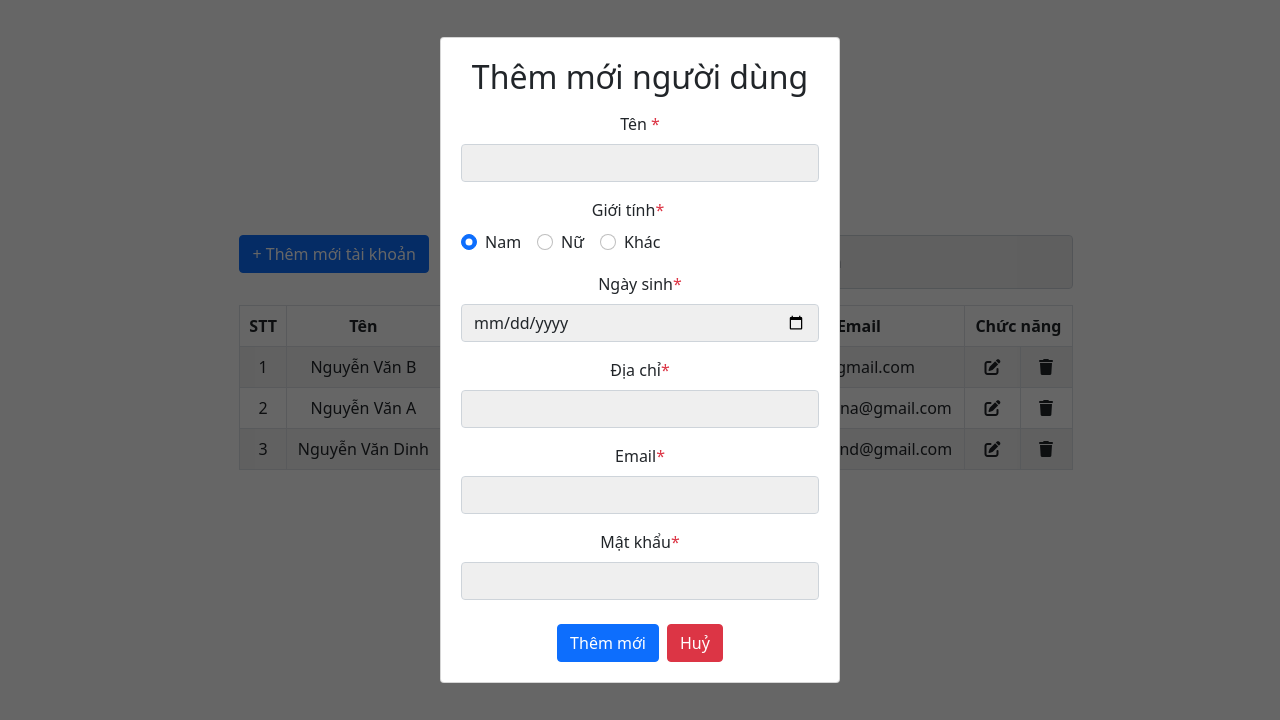
Repository: TinhTT336/MD02_Session12
Page: / (app in client/), after clicking the first element matching `button.btn`
An editor plug-in stored every save of this project. The page is shown before and after the next save, followed by the edit.
The browser window is 1280 px wide. The pictures show the whole page.
The project was rebuilt for these pictures with package versions that can differ from the ones it lists, and the page was loaded fresh each time. Requests to the local data server were answered from the project's data file. Also part of the build but not shown: client/vite.config.js, client/src/components/admin/manager-product/FormAdd.jsx, client/src/components/admin/manager-product/FormEdit.jsx, client/src/pages/product/ListProduct.jsx, client/src/components/admin/manager-user/FormEditUser.jsx.

Above is the page before, as saved 2023-09-12 10:13:48.

After the next save:
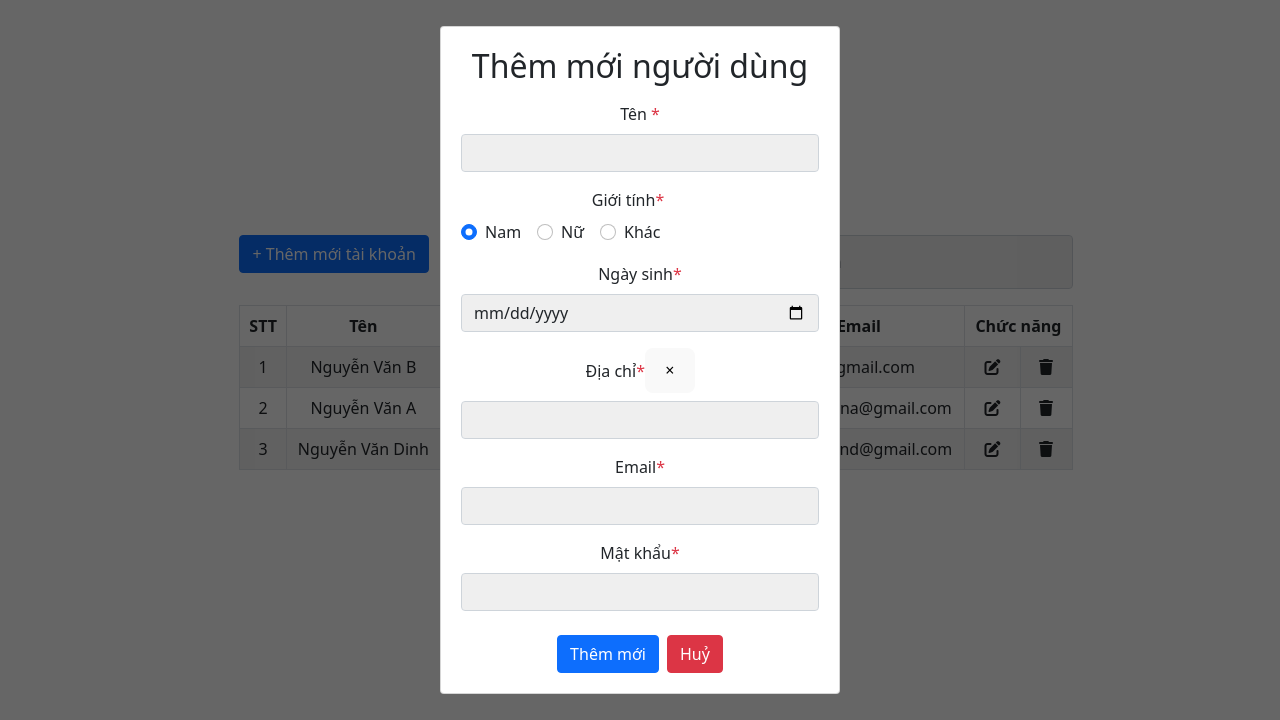
Saved 6 min 4 s later.
--- a/client/src/components/admin/manager-user/FormAddUser.jsx
+++ b/client/src/components/admin/manager-user/FormAddUser.jsx
@@ -151,6 +151,9 @@ export default function FormAddUser({ handleClose, loadData }) {
                     <div className="mb-3">
                         <label htmlFor="address" className="form-label">
                             Địa chỉ<span className="text-danger">*</span>
+                            <button type="button" class="close" aria-label="Close">
+                                <span aria-hidden="true">&times;</span>
+                            </button>
                         </label>
                         <input type="text" className="form-control" name='address' id='address' onChange={handleChange} />
                     </div>
